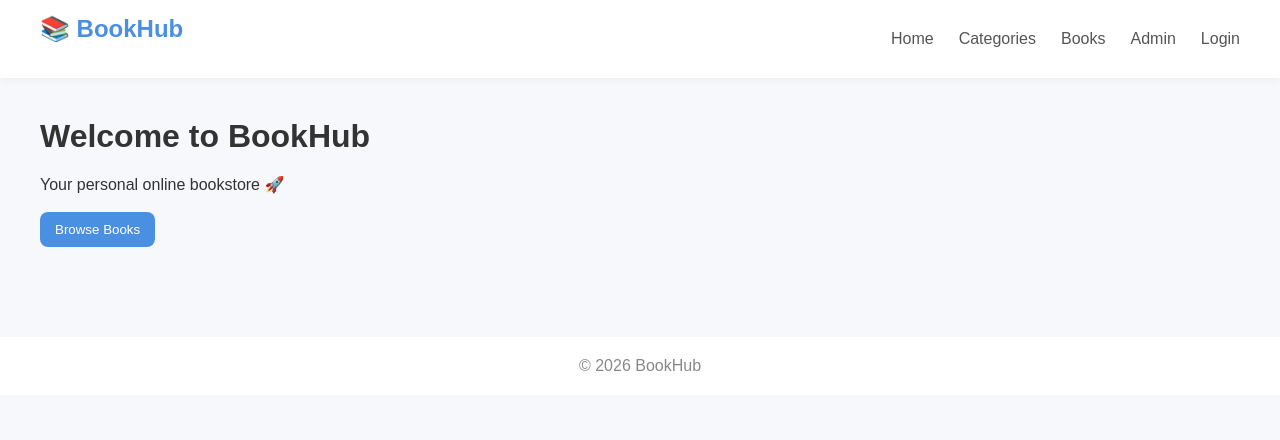
Repository: kparunsagar/Bookhub
Page: http://localhost/
The author's editor kept a copy of each file at every save. The page is drawn from the files as they stood at one save, then again after the next save.
The browser window is 1280 px wide. The pictures show the whole page.
The page is served by the project's application, run on Flask 3 (app.py). Other server files are loaded and not shown.

Above is the page before, as saved 2026-05-04 21:01:00.

### templates/home.html
{% extends "base.html" %}

{% block content %}
<h1>Welcome to BookHub</h1>
<p>Your personal online bookstore 🚀</p>

<br>

<a href="/books">
    <button>Browse Books</button>
</a>

{% endblock %}

### templates/base.html

<!DOCTYPE html>
<html lang="en">
<head>
    <meta charset="UTF-8">
    <title>BookHub</title>
    <link rel="stylesheet" href="{{ url_for('static', filename='css/style.css') }}">
</head>
<body>

<nav>
    <h2>📚 BookHub</h2>
    <ul>
        <li><a href="/">Home</a></li>
        <li><a href="/categories">Categories</a></li>
        <li><a href="/books">Books</a></li>
        <li><a href="/admin">Admin</a></li>
        <li><a href="/login">Login</a></li>
    </ul>
</nav>

<div class="container">
    {% block content %}{% endblock %}
</div>

<footer>
    <p>© 2026 BookHub</p>
</footer>

</body>
</html>

### app.py

from flask import Flask, render_template
from db import get_connection
from flask import request, redirect

app = Flask(__name__)

@app.route('/')
def home():
    return render_template('home.html')

@app.route('/categories')
def categories():
    conn = get_connection()
    cursor = conn.cursor(dictionary=True)
    cursor.execute("SELECT * FROM categories")
    data = cursor.fetchall()
    return render_template('categories.html', categories=data)

@app.route('/books')
def books():
    conn = get_connection()
    cursor = conn.cursor(dictionary=True)
    cursor.execute("SELECT * FROM books")
    data = cursor.fetchall()
    return render_template('books.html', books=data)

@app.route('/login')
def login():
    return render_template('login.html')

@app.route('/admin')
def admin():
    conn = get_connection()
    cursor = conn.cursor(dictionary=True)

    cursor.execute("SELECT * FROM categories")
    categories = cursor.fetchall()

    return render_template('admin.html', categories=categories)

@app.route('/add-category', methods=['POST'])
def add_category():
    name = request.form['name']

    conn = get_connection()
    cursor = conn.cursor()

    cursor.execute("INSERT INTO categories (name) VALUES (%s)", (name,))
    conn.commit()

    return redirect('/admin')

@app.route('/add-book', methods=['POST'])
def add_book():
    title = request.form['title']
    author = request.form['author']
    category_id = request.form['category_id']
    price = request.form['price']

    conn = get_connection()
    cursor = conn.cursor()

    cursor.execute("""
        INSERT INTO books (title, author, category_id, price)
        VALUES (%s, %s, %s, %s)
    """, (title, author, category_id, price))

    conn.commit()

    return redirect('/admin')

if __name__ == '__main__':
    app.run(debug=True)

### static/css/style.css
/* Reset */
* {
    margin: 0;
    padding: 0;
    box-sizing: border-box;
}

body {
    font-family: 'Poppins', sans-serif;
    background: #f6f8fb;
    color: #333;
}

/* NAVBAR */
nav {
    background: white;
    padding: 15px 40px;
    display: flex;
    justify-content: space-between;
    align-items: center;
    box-shadow: 0 2px 8px rgba(0,0,0,0.05);
}

nav h2 {
    color: #4a90e2;
}

nav ul {
    list-style: none;
    display: flex;
    gap: 25px;
}

nav a {
    text-decoration: none;
    color: #555;
    font-weight: 500;
    transition: 0.3s;
}

nav a:hover {
    color: #4a90e2;
}

/* CONTAINER */
.container {
    padding: 40px;
}

/* HEADINGS */
h1, h2 {
    margin-bottom: 20px;
}

/* GRID */
.book-grid {
    display: grid;
    grid-template-columns: repeat(auto-fill, minmax(220px, 1fr));
    gap: 20px;
}

/* CARD */
.card {
    background: white;
    border-radius: 12px;
    padding: 20px;
    transition: 0.3s;
    box-shadow: 0 4px 12px rgba(0,0,0,0.05);
}

.card:hover {
    transform: translateY(-5px);
    box-shadow: 0 8px 20px rgba(0,0,0,0.1);
}

.card h3 {
    margin-bottom: 10px;
    color: #222;
}

.card p {
    color: #777;
}

/* FORM */
form input, form select {
    width: 100%;
    padding: 10px;
    margin-bottom: 10px;
    border-radius: 8px;
    border: 1px solid #ddd;
}

button {
    padding: 10px 15px;
    border: none;
    background: #4a90e2;
    color: white;
    border-radius: 8px;
    cursor: pointer;
}

button:hover {
    background: #357abd;
}

/* FOOTER */
footer {
    margin-top: 50px;
    text-align: center;
    padding: 20px;
    background: white;
    color: #888;
}

After the next save:
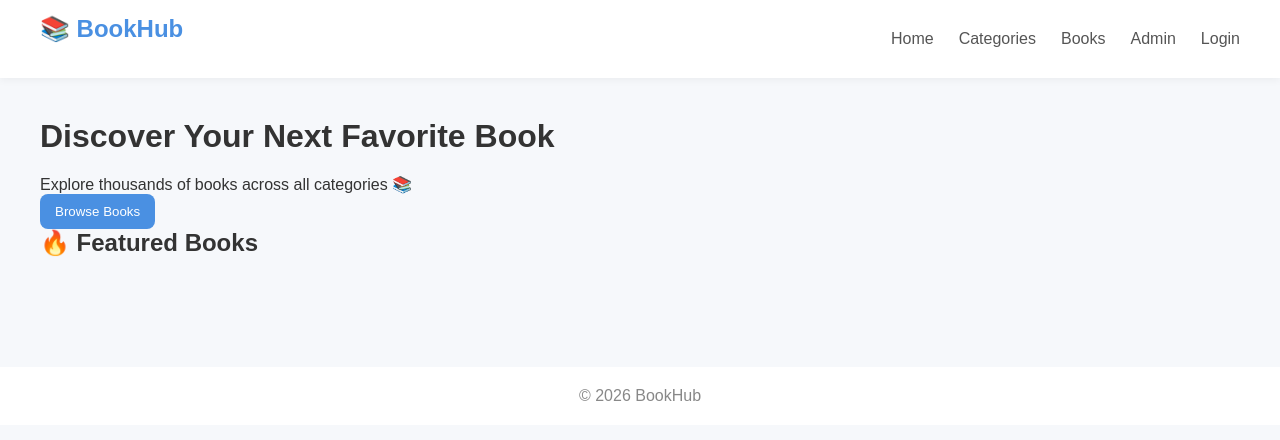
Saved 3 min 19 s later.
--- a/templates/home.html
+++ b/templates/home.html
@@ -1,13 +1,26 @@
 {% extends "base.html" %}
 
 {% block content %}
-<h1>Welcome to BookHub</h1>
-<p>Your personal online bookstore 🚀</p>
 
-<br>
+<div class="hero">
+    <div class="hero-text">
+        <h1>Discover Your Next Favorite Book</h1>
+        <p>Explore thousands of books across all categories 📚</p>
+        <a href="/books"><button>Browse Books</button></a>
+    </div>
+</div>
 
-<a href="/books">
-    <button>Browse Books</button>
-</a>
+<h2 class="section-title">🔥 Featured Books</h2>
+
+<div class="book-grid">
+    {% for book in books %}
+        <div class="card">
+            <img src="{{ book.image_url }}" alt="book">
+            <h3>{{ book.title }}</h3>
+            <p>{{ book.author }}</p>
+            <p class="price">₹{{ book.price }}</p>
+        </div>
+    {% endfor %}
+</div>
 
 {% endblock %}
